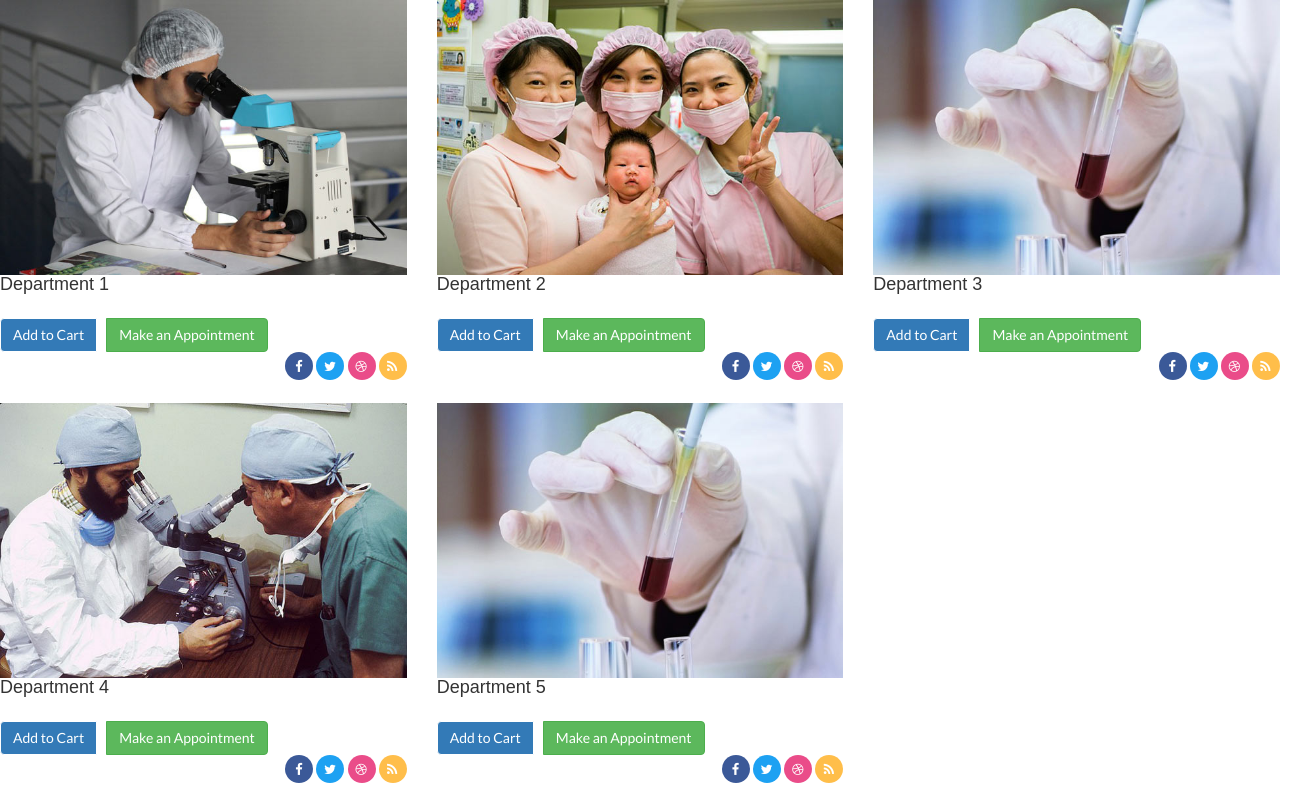
Repository: 72-faisal/work_to_do
Page: http://localhost/Khajina_Doctor/Department-home.jsp
The author's editor kept a copy of each file at every save. The page is drawn from the files as they stood at one save, then again after the next save.
The browser window is 1280 px wide. The page is 1295 px wide, then 1283 px, so the pictures cover 1295 px, including what lies to the right of the window. The pictures show the whole page.
Some web fonts or font styles are not loaded; a fallback is used. The page is served by Tomcat 9.

Above is the page before, as saved 2023-04-15 20:09:11.

After the next save:
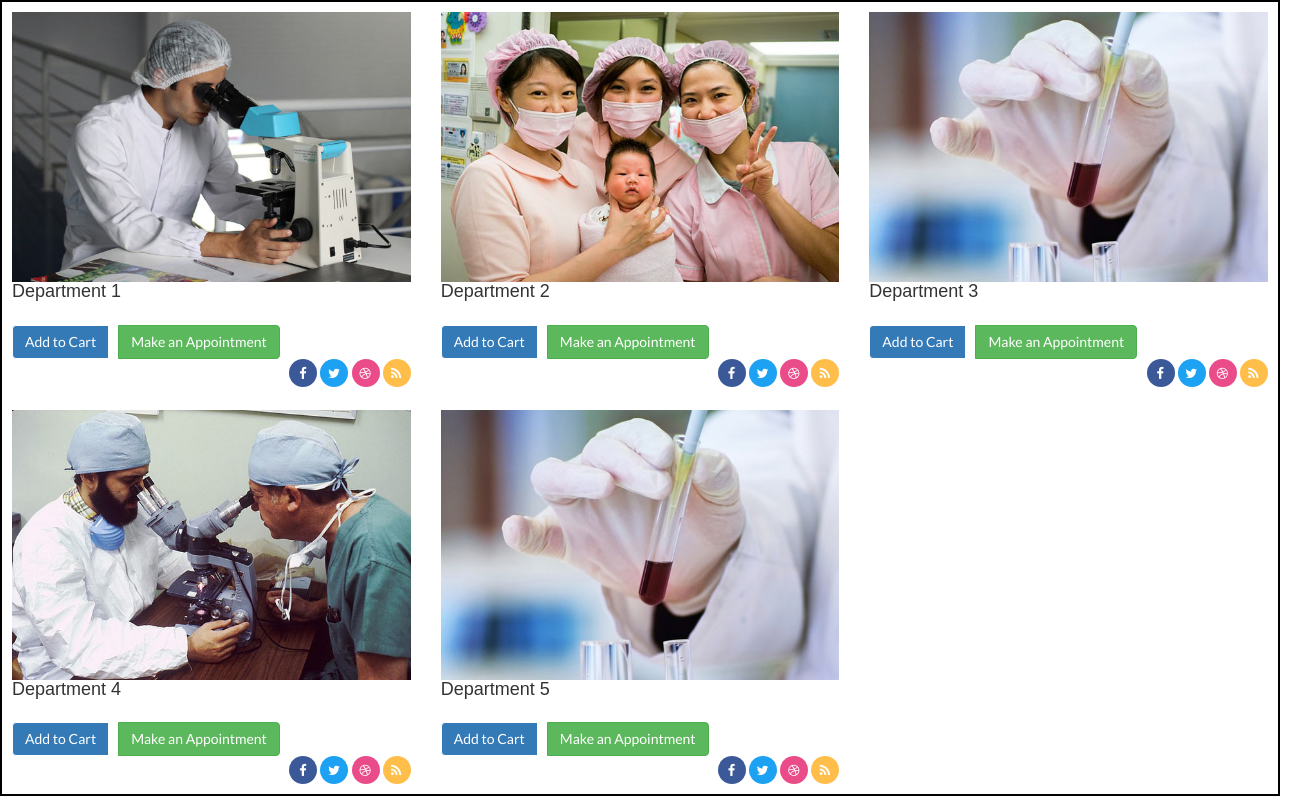
Saved 2 min 43 s later.
--- a/Khajina_Doctor/Khajina_Doctor/src/main/webapp/Department-home.jsp
+++ b/Khajina_Doctor/Khajina_Doctor/src/main/webapp/Department-home.jsp
@@ -25,6 +25,10 @@ Smartphone Compatible web template, free web designs for Nokia, Samsung, LG, Son
 <link href="//fonts.googleapis.com/css?family=Raleway:200,200i,300,300i,400,400i,500,500i,600,600i,700,700i,800" rel="stylesheet">
 <link href="//fonts.googleapis.com/css?family=Lato:300,300i,400,400i,700,900" rel="stylesheet">
 <style>
+.department-box {
+  border: 2px solid black; /* Set the border style to a 1px solid black line */
+  padding: 10px; /* Add some padding around the box content to make it easier to read */
+}
 .department .btn-group .btn:first-child {
   margin-right: 10px;
 }
